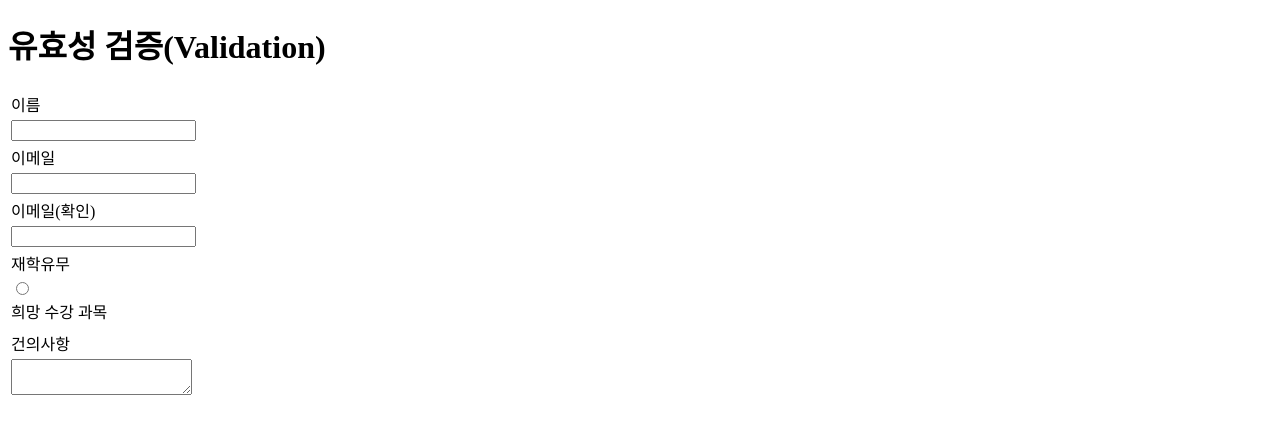
Repository: brotherdoor/myworkplace
Page: http://localhost/AjaxWithXML/validation.jsp
An editor plug-in stored every save of this project. The page is shown before and after the next save, followed by the edit.
The browser window is 1280 px wide. The pictures show the whole page.
Some web libraries are served in a nearby version. The page is served by Tomcat 9. Other server files are loaded and not shown.

Above is the page before, as saved 2017-03-10 02:39:19.

### mybatis/AjaxWithXML/WebContent/validation.jsp
<%@ page language="java" contentType="text/html; charset=EUC-KR"
    pageEncoding="EUC-KR"%>
<!DOCTYPE html PUBLIC "-//W3C//DTD HTML 4.01 Transitional//EN" "http://www.w3.org/TR/html4/loose.dtd">
<html>
<head>
<meta http-equiv="Content-Type" content="text/html; charset=EUC-KR">
<title>Insert title here</title>
<script type="text/javascript"
	src="https://ajax.googleapis.com/ajax/libs/jquery/3.1.1/jquery.min.js"></script>
</head>
<body>
	<h1>유효성 검증(Validation)</h1>
	<form action="#">
		<table>
			<tr><td>이름</td></tr>
			<tr><td><input type="text" id="name"></td></tr>
			<tr><td>이메일</td></tr>
			<tr><td><input type="text" id="name"></td></tr>
			<tr><td>이메일(확인)</td></tr>
			<tr><td><input type="text" id="name"></td></tr>
			<tr><td>재학유무</td></tr>
			<tr><td><input type="radio"></td></tr>
			<tr><td>희망 수강 과목</td></tr>
			<tr><td></td></tr>
			<tr><td>건의사항</td></tr>
			<tr><td><textarea id="wish"></textarea></td></tr>
		</table>
	</form>

</body>
</html>

After the next save:
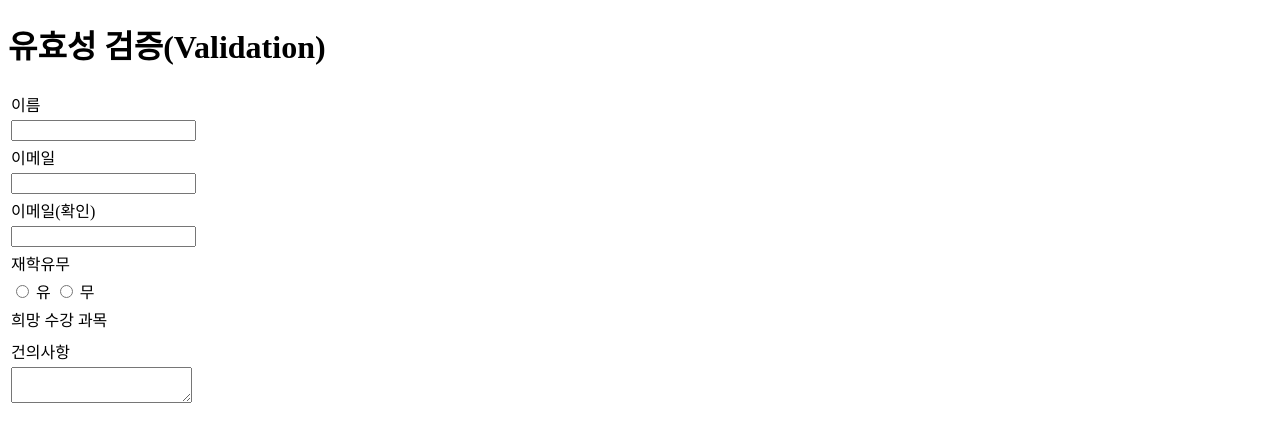
Saved 2 min 4 s later.
--- a/mybatis/AjaxWithXML/WebContent/validation.jsp
+++ b/mybatis/AjaxWithXML/WebContent/validation.jsp
@@ -19,7 +19,12 @@
 			<tr><td>이메일(확인)</td></tr>
 			<tr><td><input type="text" id="name"></td></tr>
 			<tr><td>재학유무</td></tr>
-			<tr><td><input type="radio"></td></tr>
+			<tr><td>
+				<input type="radio" name="school" id="yes">
+                    <label for="yes">유</label>
+                <input type="radio" name="school" id="no">
+                    <label for="no">무</label>
+			</td></tr>
 			<tr><td>희망 수강 과목</td></tr>
 			<tr><td></td></tr>
 			<tr><td>건의사항</td></tr>
